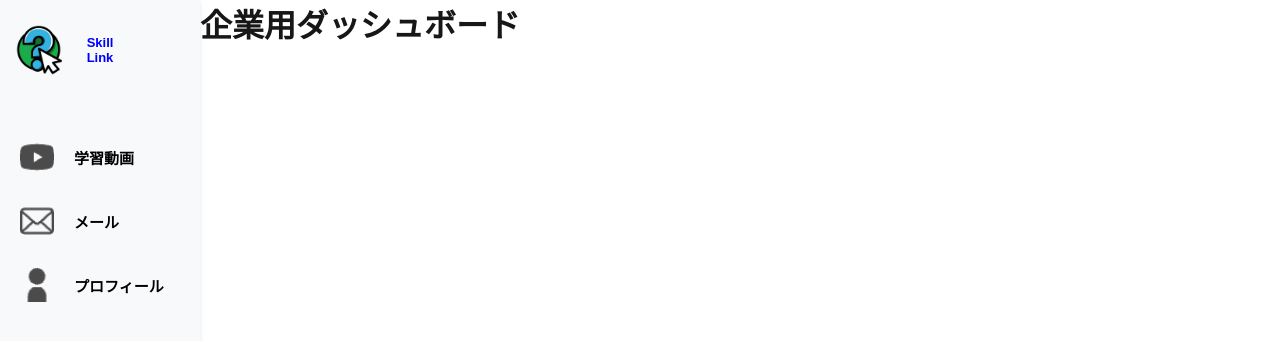
Repository: kobuchisouta/work-app
Page: /dashboard/company
These files come from the project's save history. The page is drawn as it stood at one moment and after the next save; the edit follows.
The browser window is 1280 px wide. The pictures show the whole page.
The project was rebuilt for these pictures with package versions that can differ from the ones it lists, and the page was loaded fresh each time. The framework's server and built-in components were replaced by stand-ins that run in the browser. Also part of the build but not shown: next.config.ts.

Above is the page before, as saved 2026-01-18 21:10:56.

### src/app/dashboard/layout.tsx

import Menubar from "@/app/components/menubar/Menubar";
import styles from "./layout.module.css";



export default function Layout({
  children,
}: Readonly<{
  children: React.ReactNode;
}>) {


  return (
    <div className={styles.container}>
      <Menubar />
      {children}
    </div>
  );
}

### src/app/dashboard/company/page.tsx
"use client";

export default function CompanyDashboard() {
    return <h1>企業用ダッシュボード</h1>;
}

### src/app/globals.css
:root {
	--background: #ffffff;
	--foreground: #171717;
}

html,
body {
	max-width: 100vw;
	overflow-x: hidden;
	height: 100vh;
}

body {
	color: var(--foreground);
	background: var(--background);
	font-family: Arial, Helvetica, sans-serif;
	-webkit-font-smoothing: antialiased;
	-moz-osx-font-smoothing: grayscale;
}

* {
	box-sizing: border-box;
	padding: 0;
	margin: 0;
}

a {
	color: inherit;
	text-decoration: none;
}

@media (prefers-color-scheme: dark) {
	html {
		color-scheme: dark;
	}
}

### src/app/components/menubar/Menubar.tsx
import Image from "next/image";
import styles from "./style.module.css";
import Link from "next/link";

export default function Menubar() {
    return (
        <div className={styles.menuBarWrap}>
            <div className={styles.logo}>
                <Image src="/logo.png" alt="logo" width={100} height={100} priority />
                <p>Skill Link</p>
            </div>
            <div className={styles.menuBar}>
                <Link href="/dashboard/student/movie/level" className={styles.menuItem}>
                    <Image src="/playback.png" alt="logo" width={34} height={34} priority />
                    <p className={styles.menuText}>学習動画</p>
                </Link>
                <Link href="/dashboard/student/mail" className={styles.menuItem}>
                    <Image src="/mail.png" alt="logo" width={34} height={34} priority />
                    <p className={styles.menuText}>メール</p>
                </Link>
                <Link href="/dashboard/student/profile" className={styles.menuItem}>
                    <Image src="/person.png" alt="logo" width={34} height={34} priority />
                    <p className={styles.menuText}>プロフィール</p>

                </Link>
            </div>
        </div>
    );
}

### src/app/dashboard/layout.module.css
.container {
	display: flex;
	width: 100%;
	height: 100vh;
	overflow: hidden;
}

### src/app/components/menubar/style.module.css
.menuBarWrap {
	padding: 0 20px;
	background-color: #f8f9fa;
	box-shadow: 0 2px 4px rgba(0, 0, 0, 0.1);
	top: 0;
	left: 0;
	right: 0;
	z-index: 100;
	height: 100%;
	width: 200px;
}

.logo {
	display: flex;
	justify-content: center;
	align-items: center;
	margin-right: 100px;
}
.logo p {
	font-size: 13px;
	font-weight: bold;
	color: blue;
	margin: 0;
}

.menuBar {
	display: flex;
	flex-direction: column;
	align-items: flex-start;
	gap: 30px;
	padding-top: 40px;
}

.menuItem {
	display: flex;
	align-items: center;
	gap: 20px; /* 画像とテキストの間のスペース */
}

.menuText {
	font-size: 15px;
	font-weight: bold;
	color: black;
	margin: 0; /* デフォルトのマージンをリセット */
}

Loaded but not shown: src/app/layout.tsx (common file)

After the next save:
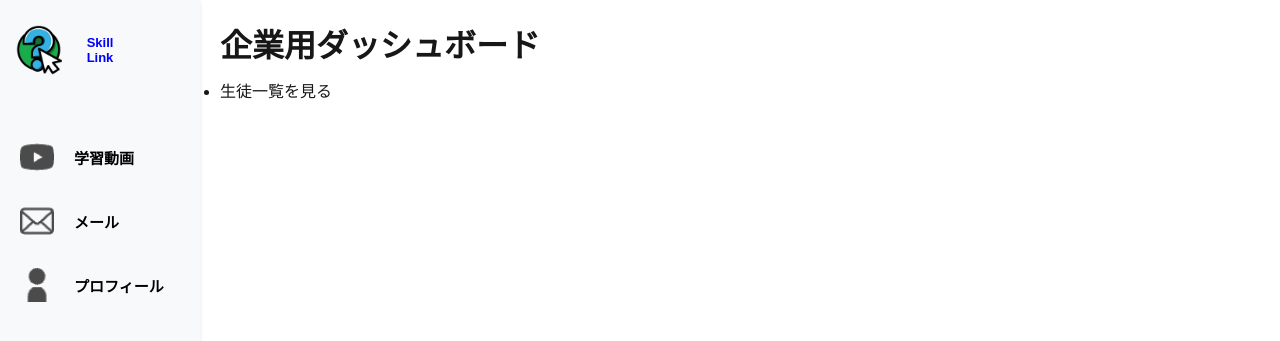
Saved 30 min 3 s later.
--- a/src/app/dashboard/company/page.tsx
+++ b/src/app/dashboard/company/page.tsx
@@ -1,5 +1,17 @@
 "use client";
 
+import Link from "next/link";
+
 export default function CompanyDashboard() {
-    return <h1>企業用ダッシュボード</h1>;
+    return (
+        <div style={{ padding: 20 }}>
+            <h1>企業用ダッシュボード</h1>
+
+            <ul style={{ marginTop: 12 }}>
+                <li>
+                    <Link href="/dashboard/company/students">生徒一覧を見る</Link>
+                </li>
+            </ul>
+        </div>
+    );
 }
